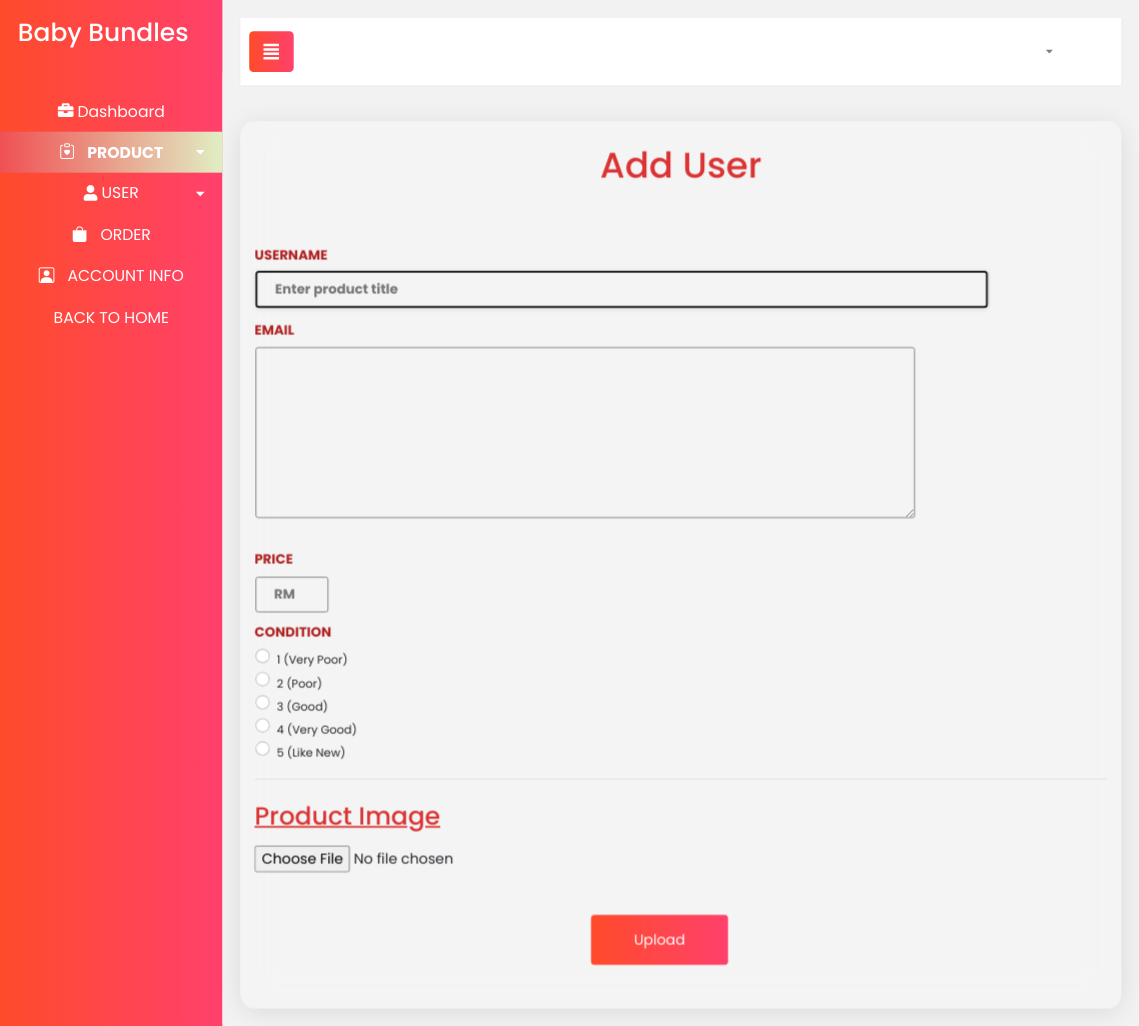
Repository: jiahow99/Baby-Bundles-University
Page: http://localhost/admin-adduser.php
These files come from the project's save history. The page is drawn as it stood at one moment and after the next save; the edit follows.
The browser window is 1280 px wide. The pictures show the whole page, at 89% of full size.
Some web libraries are served in a nearby version. The page is run by PHP 8.4 with error messages shown; the project is at /var/www/html/.

Above is the page before, as saved 2022-11-25 00:24:33.

### admin-adduser.php
<!DOCTYPE html>
<html>

<head>
    <meta charset="utf-8">
    <meta name="viewport" content="width=device-width, initial-scale=1.0">
    <meta http-equiv="X-UA-Compatible" content="IE=edge">

    <title>Admin-Product</title>

    <!-- Bootstrap CSS CDN -->
    <link rel="stylesheet" href="https://stackpath.bootstrapcdn.com/bootstrap/4.1.0/css/bootstrap.min.css" integrity="sha384-9gVQ4dYFwwWSjIDZnLEWnxCjeSWFphJiwGPXr1jddIhOegiu1FwO5qRGvFXOdJZ4" crossorigin="anonymous">
    <!-- Our Custom CSS -->
    <link rel="stylesheet" href="css/admin.style.css">

    <!-- Font Awesome JS -->
    <script defer src="https://use.fontawesome.com/releases/v5.0.13/js/solid.js" integrity="sha384-tzzSw1/Vo+0N5UhStP3bvwWPq+uvzCMfrN1fEFe+xBmv1C/AtVX5K0uZtmcHitFZ" crossorigin="anonymous"></script>
    <script defer src="https://use.fontawesome.com/releases/v5.0.13/js/fontawesome.js" integrity="sha384-6OIrr52G08NpOFSZdxxz1xdNSndlD4vdcf/q2myIUVO0VsqaGHJsB0RaBE01VTOY" crossorigin="anonymous"></script>
    <!-- Bootstrap Icon -->
    <link rel="stylesheet" href="https://cdn.jsdelivr.net/npm/bootstrap-icons@1.3.0/font/bootstrap-icons.css">
    <!-- JQuery -->
    <script src="https://code.jquery.com/jquery-3.5.1.min.js"></script>
    <!-- Bootstrap Icon -->
    <link rel="stylesheet" href="https://cdn.jsdelivr.net/npm/bootstrap-icons@1.9.1/font/bootstrap-icons.css" integrity="sha384-xeJqLiuOvjUBq3iGOjvSQSIlwrpqjSHXpduPd6rQpuiM3f5/ijby8pCsnbu5S81n" crossorigin="anonymous">
    <!-- JavaScript Bundle with Popper -->
    <script src="https://cdn.jsdelivr.net/npm/bootstrap@5.2.3/dist/js/bootstrap.bundle.min.js" integrity="sha384-kenU1KFdBIe4zVF0s0G1M5b4hcpxyD9F7jL+jjXkk+Q2h455rYXK/7HAuoJl+0I4" crossorigin="anonymous"></script>
    <link href="http://cdnjs.cloudflare.com/ajax/libs/font-awesome/4.3.0/css/font-awesome.css" rel="stylesheet"  type='text/css'>


</head>

<body>

    <div class="wrapper">
        <!-- Sidebar  -->
        <?php require 'admin-sidebar.php' ?>

        <!-- Page Content  -->
        <div id="content" style="background-color:#F2F2F2">
            <?php require 'admin-topnavbar.php' ?>

            <form class="container glass" id="edit-product">
                <div class="row justify-content-center mt-4 mb-3">
                   <h1 style="color:#da3333">Add User</h1>
                </div>
                <div class="row mt-5">
                    <label for="" class="name text-uppercase col-12">Username</label>
                    <input class="input--style-6 col-10 ml-3" type="text" name="title" placeholder="Enter product title" required autofocus>
                </div>

                <div class="row mb-4">
                    <label for="" class="name text-uppercase col-12">Email</label>
                    <textarea name="description" class="textarea--style-6 ml-3 col-9" id="" rows="5"></textarea>
                </div>

                <div class="row">
                    <label for="" class="name text-uppercase col-12">Price</label>
                    <input class="input--style-6 col-1 ml-3" type="text" name="title" placeholder="RM" required>
                </div>

                <div class="row">
                            <!-- Product Condition -->
                            <label for="" class="name text-uppercase col-12">Condition</label>
                                <div class="value ml-3">
                                    <div class="form-check form-check-inline">
                                        <input class="form-check-input" type="radio" name="condition" id="inlineRadio1" value="1">
                                        <label class="form-check-label small" for="inlineRadio1">1 (Very Poor)</label>
                                    </div>
                                    <div class="form-check form-check-inline">
                                        <input class="form-check-input" type="radio" name="condition" id="inlineRadio2" value="2">
                                        <label class="form-check-label small" for="inlineRadio2">2 (Poor)</label>
                                    </div>
                                    <div class="form-check form-check-inline">
                                        <input class="form-check-input" type="radio" name="condition" id="inlineRadio3" value="3">
                                        <label class="form-check-label small" for="inlineRadio3">3 (Good)</label>
                                    </div>
                                    <div class="form-check form-check-inline">
                                        <input class="form-check-input" type="radio" name="condition" id="inlineRadio4" value="4">
                                        <label class="form-check-label small" for="inlineRadio4">4 (Very Good)</label>
                                    </div>
                                    <div class="form-check form-check-inline">
                                        <input class="form-check-input" type="radio" name="condition" id="inlineRadio5" value="5">
                                        <label class="form-check-label small" for="inlineRadio5">5 (Like New)</label>
                                    </div>
                            </div>
                        </div>


                <hr>

                <h3 style="color:#da3333;text-decoration: underline;" class="mb-3 mt-4">Product Image</h3>
                <input type="file" name="image" id="">

                <div class="row justify-content-center my-5 ">
                    <button class="btn btn-primary px-5 py-3 mr-5" type="submit">Upload</button>
                </div>

            </form>
    </div>

    <!-- Popper.JS -->
    <script src="https://cdnjs.cloudflare.com/ajax/libs/popper.js/1.14.0/umd/popper.min.js" integrity="sha384-cs/chFZiN24E4KMATLdqdvsezGxaGsi4hLGOzlXwp5UZB1LY//20VyM2taTB4QvJ" crossorigin="anonymous"></script>
    <!-- Bootstrap JS -->
    <script src="https://stackpath.bootstrapcdn.com/bootstrap/4.1.0/js/bootstrap.min.js" integrity="sha384-uefMccjFJAIv6A+rW+L4AHf99KvxDjWSu1z9VI8SKNVmz4sk7buKt/6v9KI65qnm" crossorigin="anonymous"></script>

    <script type="text/javascript">
        $(document).ready(function () {
            $('#sidebarCollapse').on('click', function () {
                $('#sidebar').toggleClass('active');
                $('#dashboardlabel').toggleClass('d-none');
                $('#userlabel').toggleClass('d-none');
                $('#productlabel').toggleClass('d-none');
                $('#orderlabel').toggleClass('d-none');
                $('#accountlabel').toggleClass('d-none');
                $('#logoutlabel').toggleClass('d-none');
            });
        });
    </script>
</body>

</html>

### admin-sidebar.php
<!-- Sidebar  -->
<nav id="sidebar">
    <div class="sidebar-header">
        <h3>Baby Bundles</h3>
        <strong>BS</strong>
    </div>

    <ul class="list-unstyled components">
        <!-- Dashboard -->
        <li id="sidebar-dashboard">
            <a href="admin-dashboard.php">
                <i class="fas fa-briefcase"></i>
                <span id="dashboardlabel">Dashboard</span>
            </a>
        </li>
        <!-- Product -->
        <li id="sidebar-product">
            <a href="#homeSubmenu" data-toggle="collapse" aria-expanded="false" class="dropdown-toggle">
                <i class="bi bi-clipboard-heart"></i>
                <span id="productlabel">PRODUCT</span>
            </a>
            <ul class="collapse list-unstyled" id="homeSubmenu">
                <li>
                    <a href="admin-addproduct.php">ADD PRODUCT</a>
                </li>
                <li>
                    <a href="admin-viewproduct.php">DELETE PRODUCT</a>
                </li>
                <li>
                    <a href="admin-viewproduct.php">VIEW ALL</a>
                </li>
            </ul>
        </li>
        <!-- User -->
        <li id="sidebar-user">
            <a href="#pageSubmenu" data-toggle="collapse" aria-expanded="false" class="dropdown-toggle">
            <i class="fas fa-solid fa-user"></i>
                <span id="userlabel">USER</span>
            </a>
            <ul class="collapse list-unstyled" id="pageSubmenu">
                <li>
                    <a href="admin-viewuser.php">DELETE USER</a>
                </li>
                <li>
                    <a href="admin-viewuser.php">VIEW USERS</a>
                </li>
            </ul>
        </li>
        <!-- Order -->
        <li id="sidebar-order">
            <a href="admin-vieworder.php">
            <i class="bi bi-bag-fill"></i>
                <span id="orderlabel">ORDER</span>
            </a>
        </li>
        <!-- Account Info -->
        <li>
            <a href="account-info.php">
                <i class="bi bi-person-square"></i>
                <span id="accountlabel">ACCOUNT INFO</span>
            </a>
        </li>
        <!-- Back to home -->
        <li>
            <a href="index.php">
                <span id="logoutlabel">BACK TO HOME</span>
            </a>
        </li>
    </ul>
</nav>

<script>

  // Add 'active' class to navigation
  function activeNav(id){
    var nav = document.getElementById(id);
    nav.classList.add('active');
  }

  var title = document.title;

  switch(title){
    case 'Admin-Product':
      activeNav('sidebar-product');
      break;
    case 'Admin-User':
      activeNav('sidebar-user');
      break;
    case 'Admin-Order':
      activeNav('sidebar-order');
      break;
    case 'Admin-Dashboard':
      activeNav('sidebar-dashboard');
      break;
  }
</script>

### admin-topnavbar.php
<nav class="navbar navbar-expand-lg navbar-light bg-admin">
    <div class="container-fluid pl-0">

        <button type="button" id="sidebarCollapse" class="btn-lg btn-primary">
            <i class="fas fa-align-justify"></i>
            <!-- <span>Toggle Sidebar</span> -->
        </button>
        <button class="btn btn-dark d-inline-block d-lg-none ml-auto" type="button" data-toggle="collapse" data-target="#navbarSupportedContent" aria-controls="navbarSupportedContent" aria-expanded="false" aria-label="Toggle navigation">
            <i class="fas fa-align-justify"></i>
        </button>

        <div class="collapse navbar-collapse" id="navbarSupportedContent">
            <ul class="nav navbar-nav ml-auto">
                <li class="nav-item dropdown mx-lg-3 col-2 col-lg-1" >
                    <a href="#" class="nav-link dropdown-toggle user-account text-black" id="userDropdownMenuLink" data-bs-toggle="dropdown" aria-haspopup="true" aria-expanded="false">
                    <?php
                    // Username
                    if(isset($_COOKIE['username'])){
                        echo $_COOKIE['username'];
                    }
                    ?>
                    </a>
                    <div class="dropdown-menu text-sm " aria-labelledby="userDropdownMenuLink">
                        <a href="account-info.php" class="dropdown-item">Account</a>
                        <a href="index.php" class="dropdown-item">Back to home</a>
                        <a href="logout.php" class="dropdown-item">Logout</a>
                    </div>
                </li>
            </ul>
        </div>
    </div>
</nav>

### css/admin.style.css
/*
    DEMO STYLE
*/

@import "https://fonts.googleapis.com/css?family=Poppins:300,400,500,600,700";

body {
    font-family: 'Poppins', sans-serif;
    background: #fafafa;
}

p {
    font-family: 'Poppins', sans-serif;
    font-size: 1.1em;
    font-weight: 300;
    line-height: 1.7em;
    color: #999;
}

a,
a:hover,
a:focus {
    color: inherit;
    text-decoration: none;
    transition: all 0.3s;
}

.navbar {
    padding: 15px 10px;
    background: #fff;
    border: none;
    border-radius: 0;
    margin-bottom: 40px;
    box-shadow: 1px 1px 3px rgba(0, 0, 0, 0.1);
}

.navbar-btn {
    box-shadow: none;
    outline: none !important;
    border: none;
}

.line {
    width: 100%;
    height: 1px;
    border-bottom: 1px dashed #ddd;
    margin: 40px 0;
}

i,
span {
    display: inline-block;
}

/* ---------------------------------------------------
    SIDEBAR STYLE
----------------------------------------------------- */

.wrapper {
    display: flex;
    align-items: stretch;
}

#sidebar {
    min-width: 250px;
    max-width: 250px;
    background: #FF416C;  /* fallback for old browsers */
    background: -webkit-linear-gradient(to right, #FF4B2B, #FF416C);  /* Chrome 10-25, Safari 5.1-6 */
    background: linear-gradient(to right, #FF4B2B, #FF416C); /* W3C, IE 10+/ Edge, Firefox 16+, Chrome 26+, Opera 12+, Safari 7+ */
    color: #fff;
    transition: all 0.3s;
}

#sidebar.active {
    min-width: 80px;
    max-width: 80px;
    text-align: center;
}

#sidebar.active .sidebar-header h3,
#sidebar.active .CTAs {
    display: none;
}

#sidebar.active .sidebar-header strong {
    display: block;
}

#sidebar ul li a {
    text-align: left;
}

#sidebar.active ul li a {
    padding: 20px 10px;
    text-align: center;
    font-size: 0.85em;
}

#sidebar.active ul li a i {
    margin-right: 0;
    display: block;
    font-size: 1.8em;
    margin-bottom: 5px;
}

#sidebar.active ul ul a {
    padding: 10px !important;
}

#sidebar.active .dropdown-toggle::after {
    top: auto;
    bottom: 10px;
    right: 50%;
    -webkit-transform: translateX(50%);
    -ms-transform: translateX(50%);
    transform: translateX(50%);
}

#sidebar .sidebar-header {
    padding: 20px;
    background: #FF416C;  /* fallback for old browsers */
    background: -webkit-linear-gradient(to right, #FF4B2B, #FF416C);  /* Chrome 10-25, Safari 5.1-6 */
    background: linear-gradient(to right, #FF4B2B, #FF416C); /* W3C, IE 10+/ Edge, Firefox 16+, Chrome 26+, Opera 12+, Safari 7+ */
}

#sidebar .sidebar-header strong {
    display: none;
    font-size: 1.8em;
}

#sidebar ul.components {
    padding: 20px 0;
}

#sidebar ul li a {
    padding: 10px;
    font-size: 1.1em;
    display: block;
    text-align: center;
}

#sidebar ul li a:hover {
    color: #dc1522;
    background: #fff;
    font-weight: bolder;
}

#sidebar ul li a i {
    margin-right: 10px;
}

#sidebar ul li.active>a,
a[aria-expanded="true"] {
    color: #fff;
    background: #e1eec3;  /* fallback for old browsers */
    background: -webkit-linear-gradient(to right, #f05053, #e1eec3);  /* Chrome 10-25, Safari 5.1-6 */
    background: linear-gradient(to right, #f05053, #e1eec3); /* W3C, IE 10+/ Edge, Firefox 16+, Chrome 26+, Opera 12+, Safari 7+ */
    font-weight: bolder;
}

a[data-toggle="collapse"] {
    position: relative;
}

.dropdown-toggle::after {
    display: block;
    position: absolute;
    top: 50%;
    right: 20px;
    transform: translateY(-50%);
}

ul ul a {
    font-size: 0.9em !important;
    padding-left: 30px !important;
    background: #6d7fcc;
}

ul.CTAs {
    padding: 20px;
}

ul.CTAs a {
    text-align: center;
    font-size: 0.9em !important;
    display: block;
    border-radius: 5px;
    margin-bottom: 5px;
}

a.download {
    background: #fff;
    color: #7386D5;
}

a.article,
a.article:hover {
    background: #6d7fcc !important;
    color: #fff !important;
}

/* ---------------------------------------------------
    CONTENT STYLE
----------------------------------------------------- */

#content {
    width: 100%;
    padding: 20px;
    min-height: 100vh;
    transition: all 0.3s;
}

/* ---------------------------------------------------
    MEDIAQUERIES
----------------------------------------------------- */

@media (max-width: 768px) {
    #sidebar {
        min-width: 80px;
        max-width: 80px;
        text-align: center;
        margin-left: -80px !important;
    }
    .dropdown-toggle::after {
        top: auto;
        bottom: 10px;
        right: 50%;
        -webkit-transform: translateX(50%);
        -ms-transform: translateX(50%);
        transform: translateX(50%);
    }
    #sidebar.active {
        margin-left: 0 !important;
    }
    #sidebar .sidebar-header h3,
    #sidebar .CTAs {
        display: none;
    }
    #sidebar .sidebar-header strong {
        display: block;
    }
    #sidebar ul li a {
        padding: 20px 10px;
    }
    #sidebar ul li a span {
        font-size: 0.85em;
    }
    #sidebar ul li a i {
        margin-right: 0;
        display: block;
    }
    #sidebar ul ul a {
        padding: 10px !important;
    }
    #sidebar ul li a i {
        font-size: 1.3em;
    }
    #sidebar {
        margin-left: 0;
    }
    #sidebarCollapse span {
        display: none;
    }
}

#homeSubmenu li a,#pageSubmenu li a{
    background: #ED213A;  /* fallback for old browsers */
    background: -webkit-linear-gradient(to right, #93291E, #ED213A);  /* Chrome 10-25, Safari 5.1-6 */
    background: linear-gradient(to right, #93291E, #ED213A); /* W3C, IE 10+/ Edge, Firefox 16+, Chrome 26+, Opera 12+, Safari 7+ */



}

.btn-primary{
    background: #FF416C;  /* fallback for old browsers */
    background: -webkit-linear-gradient(to right, #FF4B2B, #FF416C);  /* Chrome 10-25, Safari 5.1-6 */
    background: linear-gradient(to right, #FF4B2B, #FF416C); /* W3C, IE 10+/ Edge, Firefox 16+, Chrome 26+, Opera 12+, Safari 7+ */
    border: 0;
    cursor: pointer;
}

.glass{
/* From https://css.glass */
background: rgba(255, 255, 255, 0.18);
border-radius: 16px;
box-shadow: 0 4px 30px rgba(0, 0, 0, 0.1);
backdrop-filter: blur(20px);
-webkit-backdrop-filter: blur(20px);
border: 1px solid rgba(255, 255, 255, 0.13);
}

.input--style-6, .textarea--style-6 {
    background: transparent;
    line-height: 38px;
    border: 1px solid #7b7676;
    -webkit-border-radius: 3px;
    -moz-border-radius: 3px;
    border-radius: 3px;
    color: #666;
    font-size: 15px;
    font-weight: bold;
    -webkit-transition: all 0.4s ease;
    -o-transition: all 0.4s ease;
    -moz-transition: all 0.4s ease;
    transition: all 0.4s ease;
    padding: 0 20px;
}

.input--style-6:focus,
.textarea--style-6:focus {
  -webkit-box-shadow: 0px 1px 5px 0px rgba(0, 0, 0, 0.15);
  -moz-box-shadow: 0px 1px 5px 0px rgba(0, 0, 0, 0.15);
  box-shadow: 0px 1px 5px 0px rgba(0, 0, 0, 0.15);
  -webkit-transform: translateY(-3px);
  -moz-transform: translateY(-3px);
  -ms-transform: translateY(-3px);
  -o-transform: translateY(-3px);
  transform: translateY(-3px);
  border: 2px solid #7b7676;

}

.name{
    width: 188px;
  color: rgb(175, 33, 33);
  font-size: 15px;
  font-weight: 700;
  margin-top: 11px;
  font-family: "Poppins", sans-serif;
}

.form-check {
    display: block;
    min-height: 1.5rem;
    padding-left: 1.5em;
    margin-bottom: 0.125rem;
}

.form-check .form-check-input {
float: left;
margin-left: -1.5em;
}

.form-check-input {
width: 1em;
height: 1em;
margin-top: 0.25em;
vertical-align: top;
background-color: #fff;
background-repeat: no-repeat;
background-position: center;
background-size: contain;
border: 1px solid rgba(0, 0, 0, 0.25);
-webkit-appearance: none;
-moz-appearance: none;
appearance: none;
-webkit-print-color-adjust: exact;
color-adjust: exact;
}

.form-check-input[type="checkbox"] {
border-radius: 0.25em;
}

.form-check-input[type="radio"] {
border-radius: 50%;
}

.form-check-input:active {
filter: brightness(90%);
}

.form-check-input:focus {
border-color: #ed9999;
outline: 0;
box-shadow: 0 0 0 0.25rem rgba(218, 51, 51, 0.25);
}

.form-check-input:checked {
background-color: #da3333;
border-color: #da3333;
}

.form-check-input:checked[type="checkbox"] {
background-image: url("data:[embedded picture, 214 characters]");
}

.form-check-input:checked[type="radio"] {
background-image: url("data:[embedded picture, 126 characters]");
}

.form-check-input[type="checkbox"]:indeterminate {
background-color: #da3333;
border-color: #da3333;
background-image: url("data:[embedded picture, 208 characters]");
}

.form-check-input:disabled {
pointer-events: none;
filter: none;
opacity: 0.5;
}

.form-check-input[disabled] ~ .form-check-label, .form-check-input:disabled ~ .form-check-label {
opacity: 0.5;
}

.form-switch {
padding-left: 2.5em;
}

.form-switch .form-check-input {
width: 2em;
margin-left: -2.5em;
background-image: url("data:[embedded picture, 143 characters]");
background-position: left center;
border-radius: 2em;
transition: background-position 0.15s ease-in-out;
}

.user{
    color: black;
    font-weight: bold;
}

.user-row{
    border: 1px solid black;
}

After the next save:
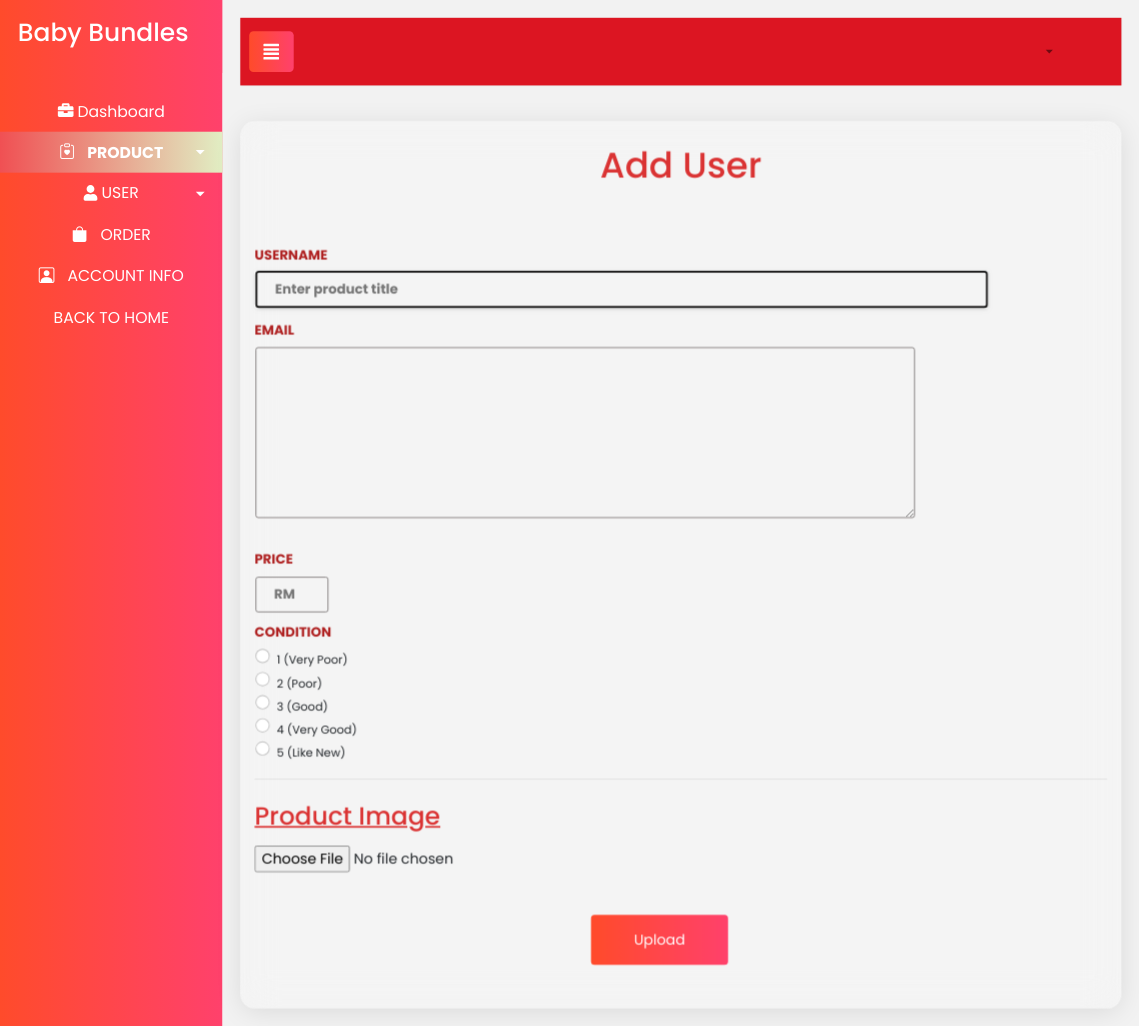
Saved 24 s later.
--- a/css/admin.style.css
+++ b/css/admin.style.css
@@ -427,3 +427,7 @@ transition: background-position 0.15s ease-in-out;
 .user-row{
     border: 1px solid black;
 }
+
+.bg-admin{
+    background-color: #dc1522;
+}
